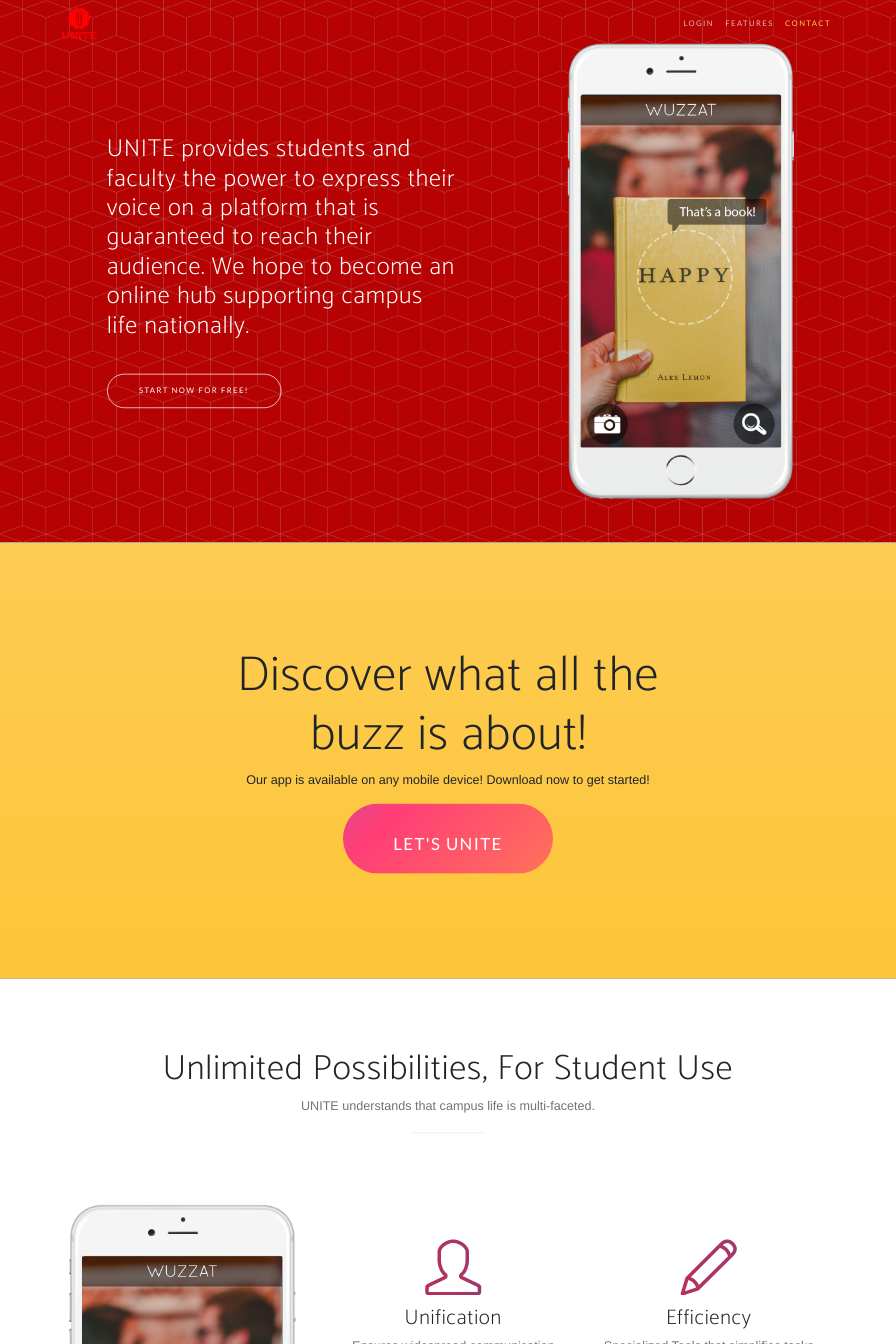
Repository: arkomz/VANK-HomePage-master
Page: static_website/vankIndex.html
An editor plug-in stored every save of this project. The page is shown before and after a run of saves, followed by the edit.
The browser window is 1280 px wide. The pictures show the part of the page from y = 0 to 1920 px (the page is 3697 px tall), at 70% of full size.
Some web fonts or font styles are not loaded; a fallback is used.

Above is the page before, as saved 2019-04-13 01:38:03.

### static_website/vankIndex.html
<!DOCTYPE html>
<html lang="en">

<head>

  <meta charset="utf-8">
  <meta name="viewport" content="width=device-width, initial-scale=1, shrink-to-fit=no">
  <meta name="description" content="">
  <meta name="author" content="">

  <title>UNITE </title>

  <!-- Bootstrap core CSS -->
  <link href="vendor/bootstrap/css/bootstrap.min.css" rel="stylesheet">

  <!-- Some Custom Overwritten and Additional CSS-->
  <link href="css/custom-style.css" rel="stylesheet">

  <!-- Custom fonts for this template -->
  <link href="vendor/fontawesome-free/css/all.min.css" rel="stylesheet">
  <link rel="stylesheet" href="vendor/simple-line-icons/css/simple-line-icons.css">
  <link href="https://fonts.googleapis.com/css?family=Lato" rel="stylesheet">
  <link href="https://fonts.googleapis.com/css?family=Catamaran:100,200,300,400,500,600,700,800,900" rel="stylesheet">
  <link href="https://fonts.googleapis.com/css?family=Muli" rel="stylesheet">

  <!-- Plugin CSS -->
  <link rel="stylesheet" href="device-mockups/device-mockups.min.css">

  <!-- Custom styles for this template -->
  <link href="css/new-age.css" rel="stylesheet">

</head>

<body id="page-top">

  <!-- Navigation -->
  <nav class="navbar navbar-expand-lg navbar-light fixed-top" id="mainNav">
    <div class="container">
        <img class = "logo" src="img/logo_transparent_background.png" alt="logo"></a>
      <button class="navbar-toggler navbar-toggler-right" type="button" data-toggle="collapse" data-target="#navbarResponsive"
        aria-controls="navbarResponsive" aria-expanded="false" aria-label="Toggle navigation">
        Menu
        <i class="fas fa-bars"></i>
      </button>
      <div class="collapse navbar-collapse" id="navbarResponsive">
        <ul class="navbar-nav ml-auto">
          <li class="nav-item">
            <a class="nav-link js-scroll-trigger" href="#download">Login</a>
          </li>
          <li class="nav-item">
            <a class="nav-link js-scroll-trigger" href="#features">Features</a>
          </li>
          <li class="nav-item">
            <a class="nav-link js-scroll-trigger" href="#contact">Contact</a>
          </li>
        </ul>
      </div>
    </div>
  </nav>

  <header class="masthead">
    <div class="container h-100">
      <div class="row h-100">
        <div class="col-lg-7 my-auto">
          <div class="header-content mx-auto">
            <h1 style="font-size: 35px;" class="mb-5"> UNITE provides students and faculty the power to express their
              voice on a platform that is guaranteed to reach their audience. We hope to become an online hub
              supporting campus life nationally. </h1>
            <a href="#download" class="btn btn-outline btn-xl js-scroll-trigger">Start Now for Free!</a>
          </div>
        </div>
        <div class="col-lg-5 my-auto">
          <div class="device-container">
            <div class="device-mockup iphone6_plus portrait white">
              <div class="device">
                <div class="screen">
                  <!-- Demo image for screen mockup, you can put an image here, some HTML, an animation, video, or anything else! -->
                  <img src="img/demo-screen-1.jpg" class="img-fluid" alt="">
                </div>
                <div class="button">
                  <!-- You can hook the "home button" to some JavaScript events or just remove it -->
                </div>
              </div>
            </div>
          </div>
        </div>
      </div>
    </div>
  </header>

  <section class="download bg-primary text-center" id="download">
    <div class="container">
      <div class="row">
        <div class="col-md-8 mx-auto">
          <h2 class="section-heading">Discover what all the buzz is about!</h2>
          <p>Our app is available on any mobile device! Download now to get started!</p>
          <!-- <button class="custom-btn translating-btn" style="width:auto;"><a href="/users/login"> Let's Unite! </a></button> -->

        <div class="custom-btn">
          <div class="btn"> <a href="users/login">Let's Unite</a>
            <div class="btn2"></div>
          </div>
        </div>

      </div>
    </div>
  </section>

  <section class="features" id="features">
    <div class="container">
      <div class="section-heading text-center">
        <h2>Unlimited Possibilities, For Student Use</h2>
        <p class="text-muted">UNITE understands that campus life is multi-faceted. <p>
          <hr>
      </div>
      <div class="row">
        <div class="col-lg-4 my-auto">
          <div class="device-container">
            <div class="device-mockup iphone6_plus portrait white">
              <div class="device">
                <div class="screen">
                  <!-- Demo image for screen mockup, you can put an image here, some HTML, an animation, video, or anything else! -->
                  <img src="img/demo-screen-1.jpg" class="img-fluid" alt="">
                </div>
                <div class="button">
                  <!-- You can hook the "home button" to some JavaScript events or just remove it -->
                </div>
              </div>
            </div>
          </div>
        </div>
        <div class="col-lg-8 my-auto">
          <div class="container-fluid">
            <div class="row">
              <div class="col-lg-6">
                <div class="feature-item">
                  <i class="icon-user text-primary"></i>
                  <h3>Unification</h3>
                  <p class="text-muted"> Ensures widespread communication amongst students and faculty!</p>
                </div>
              </div>
              <div class="col-lg-6">
                <div class="feature-item">
                  <i class="icon-pencil text-primary"></i>
                  <h3>Efficiency</h3>
                  <p class="text-muted">Specialized Tools that simplifies tasks for students and faculty!</p>
                </div>
              </div>
            </div>
            <div class="row">
              <div class="col-lg-6">
                <div class="feature-item">
                  <i class="icon-present text-primary"></i>
                  <h3>Consolidation</h3>
                  <p class="text-muted">Centralizes multiple applications into a single user-friendly platform!</p>
                </div>
              </div>
              <div class="col-lg-6">
                <div class="feature-item">
                  <i class="icon-lock-open text-primary"></i>
                  <h3>Open Source</h3>
                  <p class="text-muted">We hope to become a platform that students on campus can soon contribute to!</p>
                </div>
              </div>
            </div>
          </div>
        </div>
      </div>
    </div>
  </section>

  <section class="cta">
    <div class="cta-content">
      <div class="container">
        <h2>Stop waiting.<br>Start building.</h2>
        <a href="#contact" class="btn btn-outline btn-xl js-scroll-trigger">Let's Get Started!</a>
      </div>
    </div>
    <div class="overlay"></div>
  </section>

  <section class="contact bg-primary" id="contact">
    <div class="container">
      <h2>We
        <i class="fas fa-heart"></i>
        new friends!</h2>
      <ul class="list-inline list-social">
        <li class="list-inline-item social-twitter">
          <a href="#">
            <i class="fab fa-twitter"></i>
          </a>
        </li>
        <li class="list-inline-item social-facebook">
          <a href="#">
            <i class="fab fa-facebook-f"></i>
          </a>
        </li>
        <li class="list-inline-item social-google-plus">
          <a href="#">
            <i class="fab fa-google-plus-g"></i>
          </a>
        </li>
      </ul>
    </div>
  </section>

  <footer>
    <div class="container">
      <p>&copy; Your Website 2018. All Rights Reserved.</p>
      <ul class="list-inline">
        <li class="list-inline-item">
          <a href="#">Privacy</a>
        </li>
        <li class="list-inline-item">
          <a href="#">Terms</a>
        </li>
        <li class="list-inline-item">
          <a href="#">FAQ</a>
        </li>
      </ul>
    </div>
  </footer>

  <!-- Bootstrap core JavaScript -->
  <script src="vendor/jquery/jquery.min.js"></script>
  <script src="vendor/bootstrap/js/bootstrap.bundle.min.js"></script>

  <!-- Plugin JavaScript -->
  <script src="vendor/jquery-easing/jquery.easing.min.js"></script>

  <!-- Custom scripts for this template -->
  <script src="js/new-age.min.js"></script>

  <!-- Script for Login Button -->
  <script src="js/loginButton.js"></script>

</body>

</html>

### static_website/css/custom-style.css
img.logo {
    height: 5%;
    width: 5%;
}

.custom-btn {
    display: flex;
    justify-content: center;
    align-items: center;
  }

  .custom-btn .btn,
  .custom-btn .btn2 {
    width: 300px;
    height: 100px;
    font-size: 24px;
    text-align: center;
    line-height: 100px;
    color: rgba(255,255,255,0.9);
    border-radius: 50px;
    background: linear-gradient(-45deg, #ffa63d, #ff3d77, #338aff, #3cf0c5);
    background-size: 600%;
    -webkit-animation: anime 16s linear infinite;
            animation: anime 16s linear infinite;
  }
  .custom-btn .btn2 {
    position: absolute;
    margin-top: -70px;
    z-index: -1;
    -webkit-filter: blur(30px);
            filter: blur(30px);
    opacity: 0.8;
  }
  @-webkit-keyframes anime {
    0% {
      background-position: 0% 50%;
    }
    50% {
      background-position: 100% 50%;
    }
    100% {
      background-position: 0% 50%;
    }
  }
  @keyframes anime {
    0% {
      background-position: 0% 50%;
    }
    50% {
      background-position: 100% 50%;
    }
    100% {
      background-position: 0% 50%;
    }
  }

  .btn a {
    color: white;
  }

  .btn a:hover {
      text-decoration: none;
      color: white;
  }

### static_website/css/new-age.css
/*!
 * Start Bootstrap - New Age v5.0.1 (https://startbootstrap.com/template-overviews/new-age)
 * Copyright 2013-2018 Start Bootstrap
 * Licensed under MIT (https://github.com/BlackrockDigital/startbootstrap-new-age/blob/master/LICENSE)
 */

html,
body {
  width: 100%;
  height: 100%;
}

body {
  font-family: 'Muli', 'Helvetica', 'Arial', 'sans-serif';
}

a {
  color: #fdcc52;
  -webkit-transition: all .35s;
  transition: all .35s;
}

a:hover, a:focus {
  color: #fcbd20;
}

hr {
  max-width: 100px;
  margin: 25px auto 0;
  border-width: 1px;
  border-color: rgba(34, 34, 34, 0.1);
}

hr.light {
  border-color: white;
}

h1,
h2,
h3,
h4,
h5,
h6 {
  font-family: 'Catamaran', 'Helvetica', 'Arial', 'sans-serif';
  font-weight: 200;
  letter-spacing: 1px;
}

p {
  font-size: 18px;
  line-height: 1.5;
  margin-bottom: 20px;
}

section {
  padding: 100px 0;
}

section h2 {
  font-size: 50px;
}

#mainNav {
  border-color: rgba(34, 34, 34, 0.05);
  background-color: white;
  -webkit-transition: all .35s;
  transition: all .35s;
  font-family: 'Catamaran', 'Helvetica', 'Arial', 'sans-serif';
  font-weight: 200;
  letter-spacing: 1px;
}

#mainNav .navbar-brand {
  color: #fdcc52;
  font-family: 'Catamaran', 'Helvetica', 'Arial', 'sans-serif';
  font-weight: 200;
  letter-spacing: 1px;
}

#mainNav .navbar-brand:hover, #mainNav .navbar-brand:focus {
  color: #fcbd20;
}

#mainNav .navbar-toggler {
  font-size: 12px;
  padding: 8px 10px;
  color: #222222;
}

#mainNav .navbar-nav > li > a {
  font-size: 11px;
  font-family: 'Lato', 'Helvetica', 'Arial', 'sans-serif';
  letter-spacing: 2px;
  text-transform: uppercase;
}

#mainNav .navbar-nav > li > a.active {
  color: #fdcc52 !important;
  background-color: transparent;
}

#mainNav .navbar-nav > li > a.active:hover {
  background-color: transparent;
}

#mainNav .navbar-nav > li > a,
#mainNav .navbar-nav > li > a:focus {
  color: #222222;
}

#mainNav .navbar-nav > li > a:hover,
#mainNav .navbar-nav > li > a:focus:hover {
  color: #fdcc52;
}

@media (min-width: 992px) {
  #mainNav {
    border-color: transparent;
    background-color: transparent;
  }
  #mainNav .navbar-brand {
    color: fade(white, 70%);
  }
  #mainNav .navbar-brand:hover, #mainNav .navbar-brand:focus {
    color: white;
  }
  #mainNav .navbar-nav > li > a,
  #mainNav .navbar-nav > li > a:focus {
    color: rgba(255, 255, 255, 0.7);
  }
  #mainNav .navbar-nav > li > a:hover,
  #mainNav .navbar-nav > li > a:focus:hover {
    color: white;
  }
  #mainNav.navbar-shrink {
    border-color: rgba(34, 34, 34, 0.1);
    background-color: white;
  }
  #mainNav.navbar-shrink .navbar-brand {
    color: #222222;
  }
  #mainNav.navbar-shrink .navbar-brand:hover, #mainNav.navbar-shrink .navbar-brand:focus {
    color: #fdcc52;
  }
  #mainNav.navbar-shrink .navbar-nav > li > a,
  #mainNav.navbar-shrink .navbar-nav > li > a:focus {
    color: #222222;
  }
  #mainNav.navbar-shrink .navbar-nav > li > a:hover,
  #mainNav.navbar-shrink .navbar-nav > li > a:focus:hover {
    color: #fdcc52;
  }
}

header.masthead {
  position: relative;
  width: 100%;
  padding-top: 150px;
  padding-bottom: 100px;
  color: white;
  background: url("../img/bg-pattern.png"), #7b4397;
  background: url("../img/bg-pattern.png"), -webkit-gradient(linear, right top, left top, from(#b60202), to(#b60202));
  background: url("../img/bg-pattern.png"), linear-gradient(to left, #b60202, #b60202);
}

header.masthead .header-content {
  max-width: 500px;
  margin-bottom: 100px;
  text-align: center;
}

header.masthead .header-content h1 {
  font-size: 30px;
}

header.masthead .device-container {
  max-width: 325px;
  margin-right: auto;
  margin-left: auto;
}

header.masthead .device-container .screen img {
  border-radius: 3px;
}

@media (min-width: 992px) {
  header.masthead {
    height: 100vh;
    min-height: 775px;
    padding-top: 0;
    padding-bottom: 0;
  }
  header.masthead .header-content {
    margin-bottom: 0;
    text-align: left;
  }
  header.masthead .header-content h1 {
    font-size: 25px;
  }
  header.masthead .device-container {
    max-width: 325px;
  }
}

section.download {
  position: relative;
  padding: 150px 0;
}

section.download h2 {
  font-size: 50px;
  margin-top: 0;
}

section.download .badges .badge-link {
  display: block;
  margin-bottom: 25px;
}

section.download .badges .badge-link:last-child {
  margin-bottom: 0;
}

section.download .badges .badge-link img {
  height: 60px;
}

@media (min-width: 768px) {
  section.download .badges .badge-link {
    display: inline-block;
    margin-bottom: 0;
  }
}

@media (min-width: 768px) {
  section.download h2 {
    font-size: 70px;
  }
}

section.features .section-heading {
  margin-bottom: 100px;
}

section.features .section-heading h2 {
  margin-top: 0;
}

section.features .section-heading p {
  margin-bottom: 0;
}

section.features .device-container,
section.features .feature-item {
  max-width: 325px;
  margin: 0 auto;
}

section.features .device-container {
  margin-bottom: 100px;
}

@media (min-width: 992px) {
  section.features .device-container {
    margin-bottom: 0;
  }
}

section.features .feature-item {
  padding-top: 50px;
  padding-bottom: 50px;
  text-align: center;
}

section.features .feature-item h3 {
  font-size: 30px;
}

section.features .feature-item i {
  font-size: 80px;
  display: block;
  margin-bottom: 15px;
  background: -webkit-gradient(linear, right top, left top, from(#7b4397), to(#dc2430));
  background: linear-gradient(to left, #7b4397, #dc2430);
  -webkit-background-clip: text;
  -webkit-text-fill-color: transparent;
}

section.cta {
  position: relative;
  padding: 250px 0;
  background-image: url("../img/bg-cta.jpg");
  background-position: center;
  background-size: cover;
}

section.cta .cta-content {
  position: relative;
  z-index: 1;
}

section.cta .cta-content h2 {
  font-size: 50px;
  max-width: 450px;
  margin-top: 0;
  margin-bottom: 25px;
  color: white;
}

@media (min-width: 768px) {
  section.cta .cta-content h2 {
    font-size: 80px;
  }
}

section.cta .overlay {
  position: absolute;
  top: 0;
  left: 0;
  width: 100%;
  height: 100%;
  background-color: rgba(0, 0, 0, 0.5);
}

section.contact {
  text-align: center;
}

section.contact h2 {
  margin-top: 0;
  margin-bottom: 25px;
}

section.contact h2 i {
  color: #dd4b39;
}

section.contact ul.list-social {
  margin-bottom: 0;
}

section.contact ul.list-social li a {
  font-size: 40px;
  line-height: 80px;
  display: block;
  width: 80px;
  height: 80px;
  color: white;
  border-radius: 100%;
}

section.contact ul.list-social li.social-twitter a {
  background-color: #1da1f2;
}

section.contact ul.list-social li.social-twitter a:hover {
  background-color: #0d95e8;
}

section.contact ul.list-social li.social-facebook a {
  background-color: #3b5998;
}

section.contact ul.list-social li.social-facebook a:hover {
  background-color: #344e86;
}

section.contact ul.list-social li.social-google-plus a {
  background-color: #dd4b39;
}

section.contact ul.list-social li.social-google-plus a:hover {
  background-color: #d73925;
}

footer {
  padding: 25px 0;
  text-align: center;
  color: rgba(255, 255, 255, 0.3);
  background-color: #222222;
}

footer p {
  font-size: 12px;
  margin: 0;
}

footer ul {
  margin-bottom: 0;
}

footer ul li a {
  font-size: 12px;
  color: rgba(255, 255, 255, 0.3);
}

footer ul li a:hover, footer ul li a:focus, footer ul li a:active, footer ul li a.active {
  text-decoration: none;
}

.bg-primary {
  background: #fdcc52;
  background: -webkit-gradient(linear, left top, left bottom, from(#fdcc52), to(#fdc539));
  background: linear-gradient(#fdcc52, #fdc539);
}

.text-primary {
  color: #fdcc52;
}

.no-gutter > [class*='col-'] {
  padding-right: 0;
  padding-left: 0;
}

.btn-outline {
  color: white;
  border: 1px solid;
  border-color: white;
}

.btn-outline:hover, .btn-outline:focus, .btn-outline:active, .btn-outline.active {
  color: white;
  border-color: #fdcc52;
  background-color: #fdcc52;
}

.btn {
  border-radius: 300px;
  font-family: 'Lato', 'Helvetica', 'Arial', 'sans-serif';
  letter-spacing: 2px;
  text-transform: uppercase;
}

.btn-xl {
  font-size: 11px;
  padding: 15px 45px;
}

### static_website/js/new-age.min.js
/*!
 * Start Bootstrap - New Age v5.0.1 (https://startbootstrap.com/template-overviews/new-age)
 * Copyright 2013-2018 Start Bootstrap
 * Licensed under MIT (https://github.com/BlackrockDigital/startbootstrap-new-age/blob/master/LICENSE)
 */

!function(e){"use strict";e('a.js-scroll-trigger[href*="#"]:not([href="#"])').click(function(){if(location.pathname.replace(/^\//,"")==this.pathname.replace(/^\//,"")&&location.hostname==this.hostname){var a=e(this.hash);if((a=a.length?a:e("[name="+this.hash.slice(1)+"]")).length)return e("html, body").animate({scrollTop:a.offset().top-48},1e3,"easeInOutExpo"),!1}}),e(".js-scroll-trigger").click(function(){e(".navbar-collapse").collapse("hide")}),e("body").scrollspy({target:"#mainNav",offset:54});var a=function(){100<e("#mainNav").offset().top?e("#mainNav").addClass("navbar-shrink"):e("#mainNav").removeClass("navbar-shrink")};a(),e(window).scroll(a)}(jQuery);

### static_website/js/loginButton.js
var modal = document.getElementById('id01');
var modal2 = document.getElementById('id02');

// When the user clicks anywhere outside of the modal, close it
window.onclick = function(event) {
    if (event.target == modal || event.target == modal2) {
        modal.style.display = "none";
    }
}

Loaded but not shown: static_website/vendor/bootstrap/css/bootstrap.min.css (library); static_website/vendor/fontawesome-free/css/all.min.css (library); static_website/vendor/simple-line-icons/css/simple-line-icons.css (library); static_website/device-mockups/device-mockups.min.css (library); static_website/vendor/jquery/jquery.min.js (library); static_website/vendor/bootstrap/js/bootstrap.bundle.min.js (library); static_website/vendor/jquery-easing/jquery.easing.min.js (common file)

After the next 3 saves:
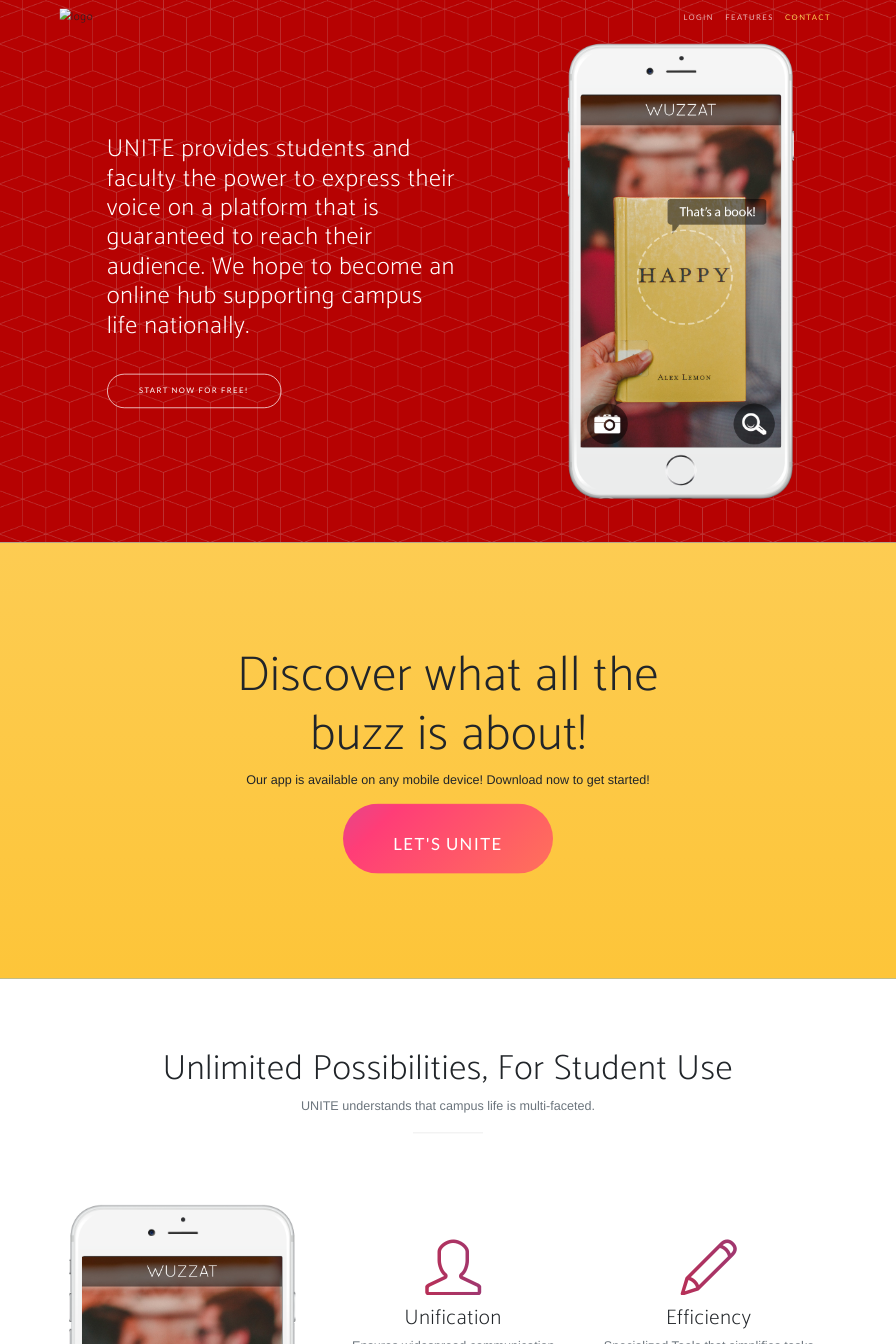
The 3 saves are shown as one change because they came seconds apart.
The last was saved 2 min 26 s later.
--- a/static_website/vankIndex.html
+++ b/static_website/vankIndex.html
@@ -36,7 +36,7 @@
   <!-- Navigation -->
   <nav class="navbar navbar-expand-lg navbar-light fixed-top" id="mainNav">
     <div class="container">
-        <img class = "logo" src="img/logo_transparent_background.png" alt="logo"></a>
+        <img class = "logo" src=""img/1200px-Goldman_Sachs.png" alt="logo"></a>
       <button class="navbar-toggler navbar-toggler-right" type="button" data-toggle="collapse" data-target="#navbarResponsive"
         aria-controls="navbarResponsive" aria-expanded="false" aria-label="Toggle navigation">
         Menu
